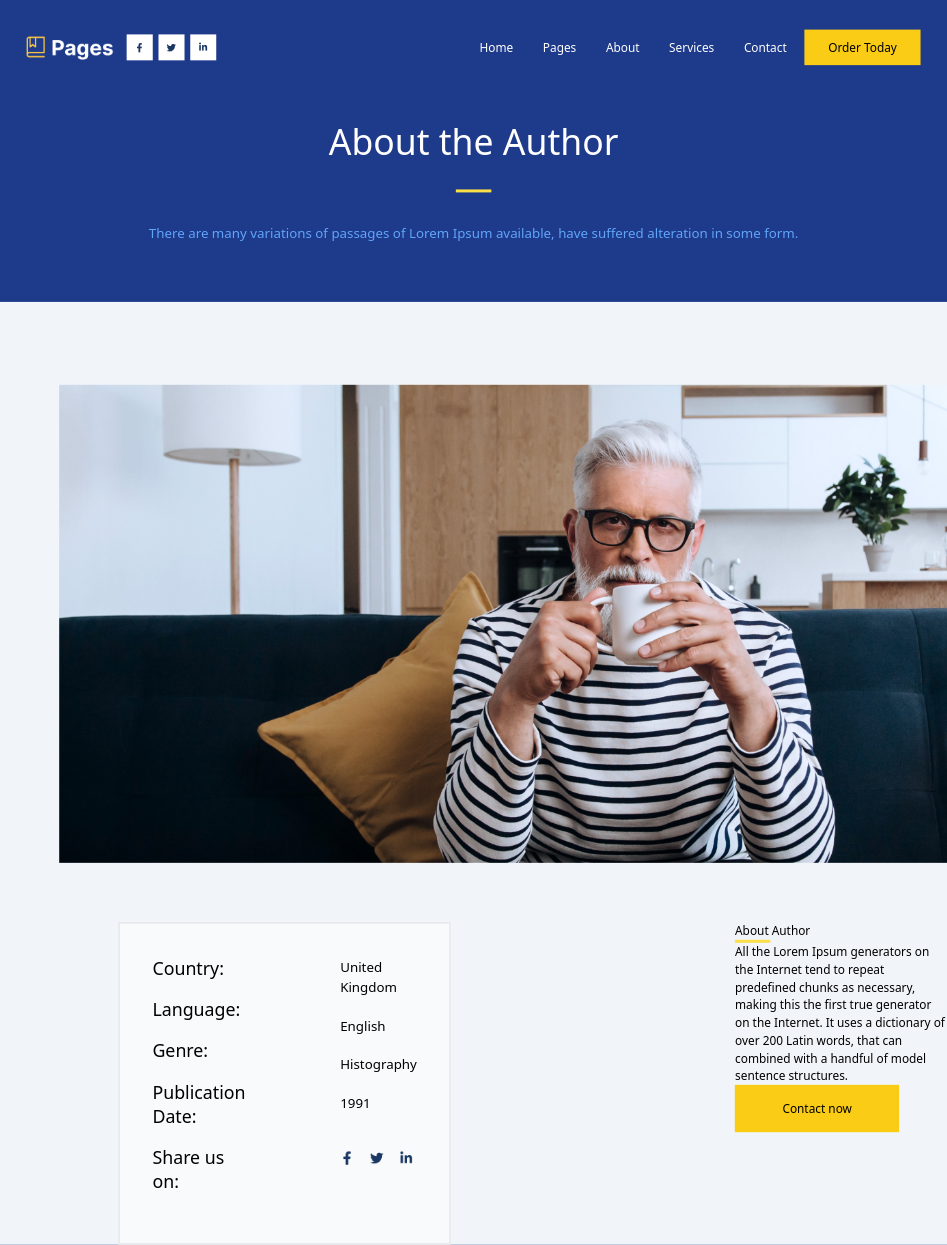
Repository: Godnorg/Class3
Page: index.html
These files come from the project's save history. The page is drawn as it stood at one moment and after a run of saves; the edit follows.
The browser window is 1280 px wide. The pictures show the whole page, at 74% of full size.
Some web libraries are served in a nearby version.

Above is the page before, as saved 2023-02-20 02:37:35.

After the next 3 saves:
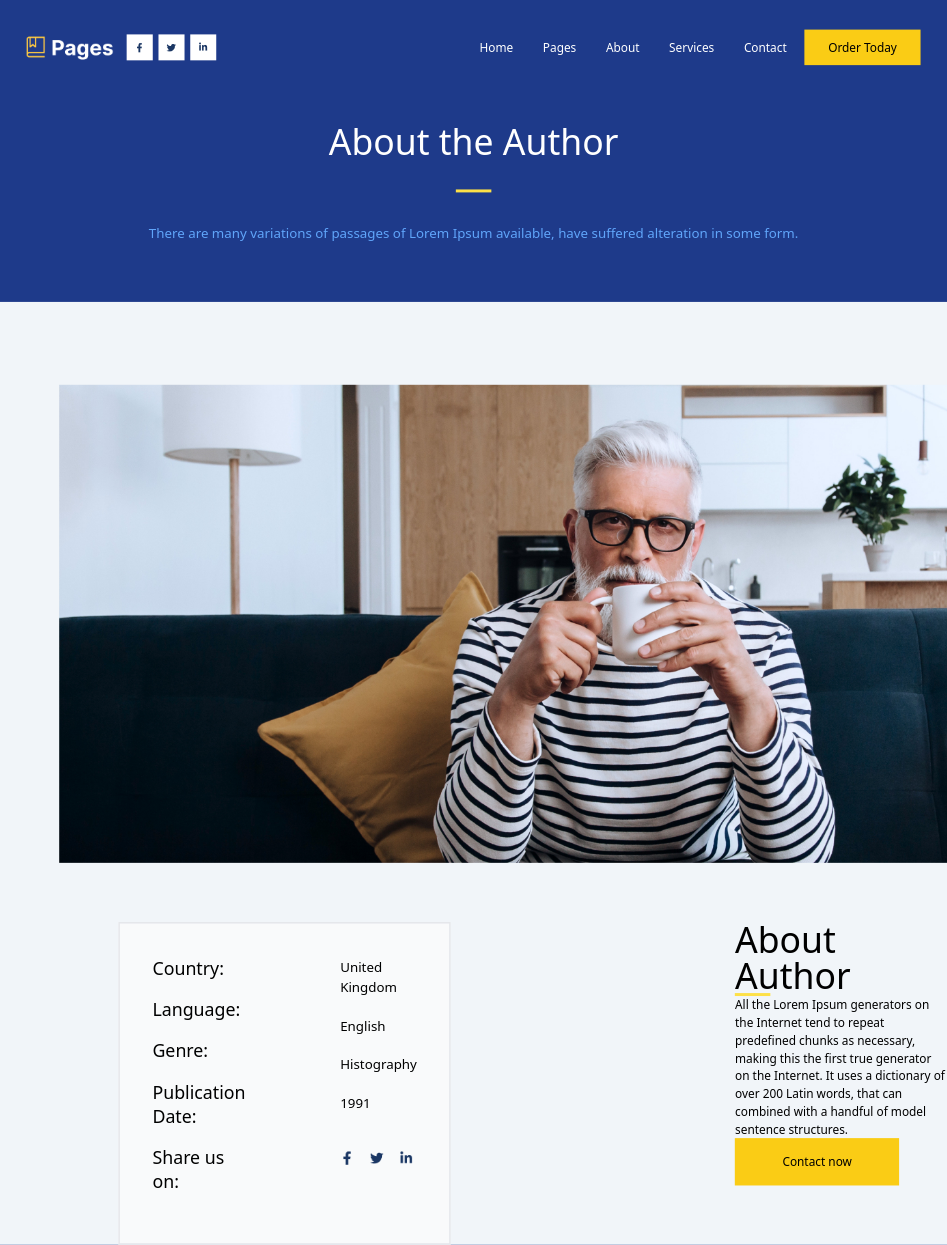
The 3 saves are shown as one change because they came seconds apart.
The last was saved 12 s later.
--- a/index.html
+++ b/index.html
@@ -56,7 +56,7 @@
             </div>
         </div>
         <div>
-          <h1 >About Author</h1>
+          <h1 class="text-5xl">About Author</h1>
           <div class="w-12 h-1 bg-yellow-300"></div>
           <p>All the Lorem Ipsum generators on the Internet tend to repeat predefined chunks as necessary, making this the first true generator on the Internet. It uses a dictionary of over 200 Latin words, that can combined with a handful of model sentence structures.</p>
           <button class="px-16 py-5 mx-auto bg-yellow-400 font-sans-serif">Contact now</button>
